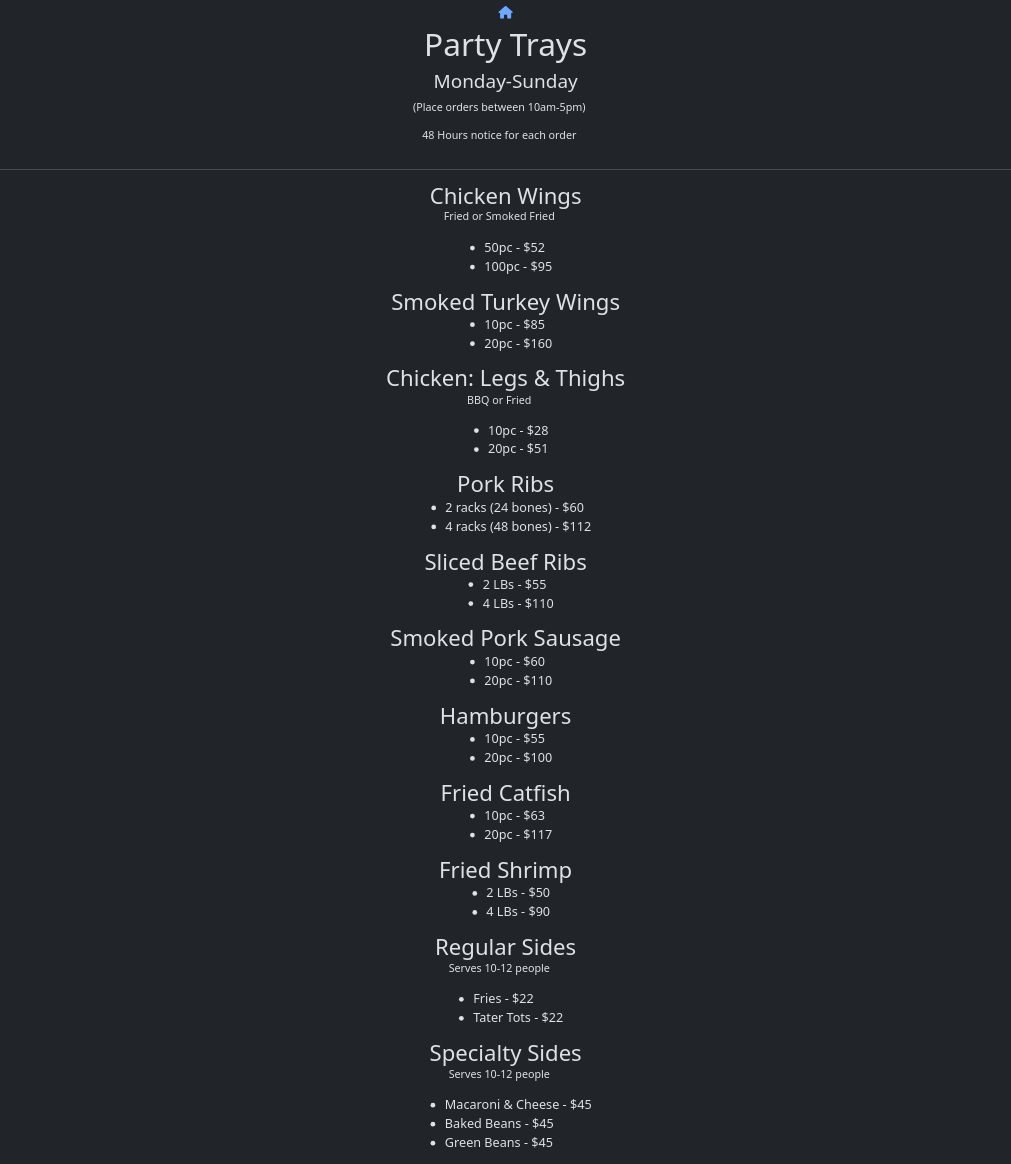
Repository: dukedward/smokehousemenu
Page: trays/index.html
An editor plug-in stored every save of this project. The page is shown before and after the next save, followed by the edit.
The browser window is 1280 px wide. The pictures show the whole page, at 79% of full size.
Some web libraries are served in a nearby version.

Above is the page before, as saved 2023-03-01 13:41:11.

### trays/index.html
<!DOCTYPE html>
<html lang="en" data-bs-theme="dark">
<head>
    <meta charset="UTF-8">
    <meta http-equiv="X-UA-Compatible" content="IE=edge">
    <meta name="viewport" content="width=device-width, initial-scale=1.0">
    <link rel="stylesheet" href="https://cdnjs.cloudflare.com/ajax/libs/font-awesome/6.3.0/css/all.min.css" integrity="sha512-SzlrxWUlpfuzQ+pcUCosxcglQRNAq/DZjVsC0lE40xsADsfeQoEypE+enwcOiGjk/bSuGGKHEyjSoQ1zVisanQ==" crossorigin="anonymous" referrerpolicy="no-referrer" />
    <link href="https://cdn.jsdelivr.net/npm/bootstrap@5.3.0-alpha1/dist/css/bootstrap.min.css" rel="stylesheet" integrity="sha384-GLhlTQ8iRABdZLl6O3oVMWSktQOp6b7In1Zl3/Jr59b6EGGoI1aFkw7cmDA6j6gD" crossorigin="anonymous">
    <link rel="stylesheet" href="../style.css" />
    <link rel="shortcut icon" href="../images/favicon.ico" type="image/x-icon">
    <title>Party Trays</title>
</head>
<body>
    <div class="title">
        <a href="/">
            <i class="fa-solid fa-house mt-2 mb-2"></i>
        </a>
        <h1>Party Trays</h1>
        <h4>Monday-Sunday</h4>
        <p>(Place orders between 10am-5pm)</p>
        <p>48 Hours notice for each order</p>
    </div>
    <hr>
    <div class="sections">
        <div class="sect">
            <h3>Chicken Wings</h3>
            <div class="desc">
                <p>Fried or Smoked Fried</p>
            </div>
            <ul>
                <li>50pc - $52</li>
                <li>100pc - $95</li>
            </ul>
        </div>
        <div class="sect">
            <h3>Smoked Turkey Wings</h3>
            <ul>
                <li>10pc - $85</li>
                <li>20pc - $160</li>
            </ul>
        </div>
        <div class="sect">
            <h3>Chicken: Legs & Thighs</h3>
            <div class="desc">
                <p>BBQ or Fried</p>
            </div>
            <ul>
                <li>10pc - $28</li>
                <li>20pc - $51</li>
            </ul>
        </div>
        <div class="sect">
            <h3>Pork Ribs</h3>
            <ul>
                <li>2 racks (24 bones) - $60</li>
                <li>4 racks (48 bones) - $112</li>
            </ul>
        </div>
        <div class="sect">
            <h3>Sliced Beef Ribs</h3>
            <ul>
                <li>2 LBs - $55</li>
                <li>4 LBs - $110</li>
            </ul>
        </div>
        <div class="sect">
            <h3>Smoked Pork Sausage</h3>
            <ul>
                <li>10pc - $60</li>
                <li>20pc - $110</li>
            </ul>
        </div>
        <div class="sect">
            <h3>Hamburgers</h3>
            <ul>
                <li>10pc - $55</li>
                <li>20pc - $100</li>
            </ul>
        </div>
        <div class="sect">
            <h3>Fried Catfish</h3>
            <ul>
                <li>10pc - $63</li>
                <li>20pc - $117</li>
            </ul>
        </div>
        <div class="sect">
            <h3>Fried Shrimp</h3>
            <ul>
                <li>2 LBs - $50</li>
                <li>4 LBs - $90</li>
            </ul>
        </div>
        <div class="sect">
            <h3>Regular Sides</h3>
            <div class="desc">
                <p>Serves 10-12 people</p>
            </div>
            <ul>
                <li>Fries - $22</li>
                <li>Tater Tots - $22</li>
            </ul>
        </div>
        <div class="sect">
            <h3>Specialty Sides</h3>
            <div class="desc">
                <p>Serves 10-12 people</p>
            </div>
            <ul>
                <li>Macaroni & Cheese - $45</li>
                <li>Baked Beans - $45</li>
                <li>Green Beans - $45</li>
            </ul>
        </div>
    </div>
    <script src="https://cdn.jsdelivr.net/npm/bootstrap@5.3.0-alpha1/dist/js/bootstrap.bundle.min.js" integrity="sha384-w76AqPfDkMBDXo30jS1Sgez6pr3x5MlQ1ZAGC+nuZB+EYdgRZgiwxhTBTkF7CXvN" crossorigin="anonymous"></script>
</body>
</html>

### style.css
.container {
    height: 100vh;
}

.title {
	display: flex;
	flex-direction: column;
	justify-content: center;
	align-items: center;
}

.sections {
	display: grid;
}

.sect, .sub-sect {
	display: flex;
	flex-direction: column;
	justify-content: left;
	align-items: center;
}

.sect h2,h3 {
    margin-bottom: 0;
}

.desc {
    display: flex;
    flex-direction: row;
    justify-content: space-between;
}

.desc,.title p {
    padding-right: 1rem;
    font-size: .85rem;
}

After the next save:
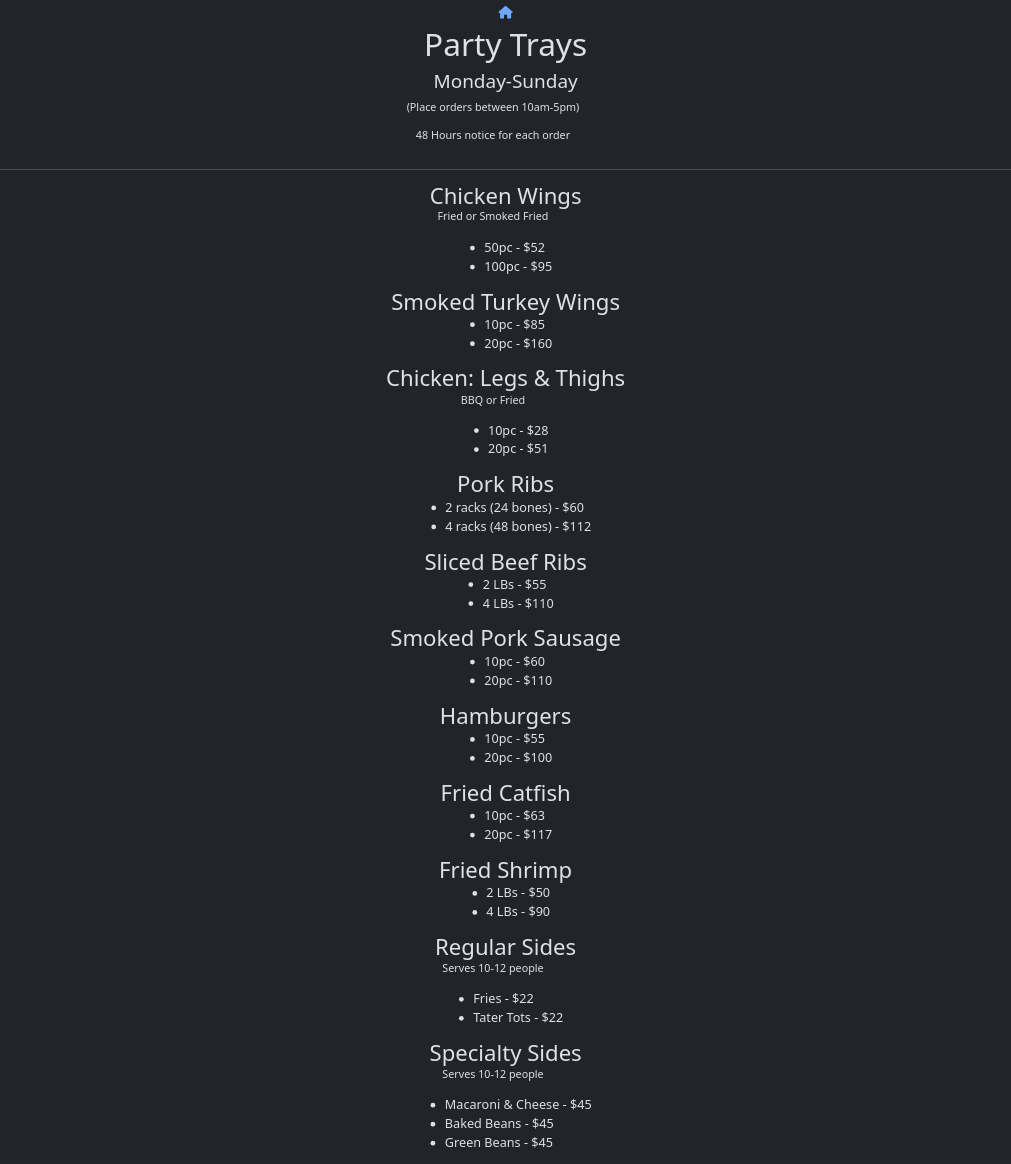
Saved 13 s later.
--- a/style.css
+++ b/style.css
@@ -31,6 +31,6 @@
 }
 
 .desc,.title p {
-    padding-right: 1rem;
+    padding-right: 2rem;
     font-size: .85rem;
 }

After the 2 saves that followed:
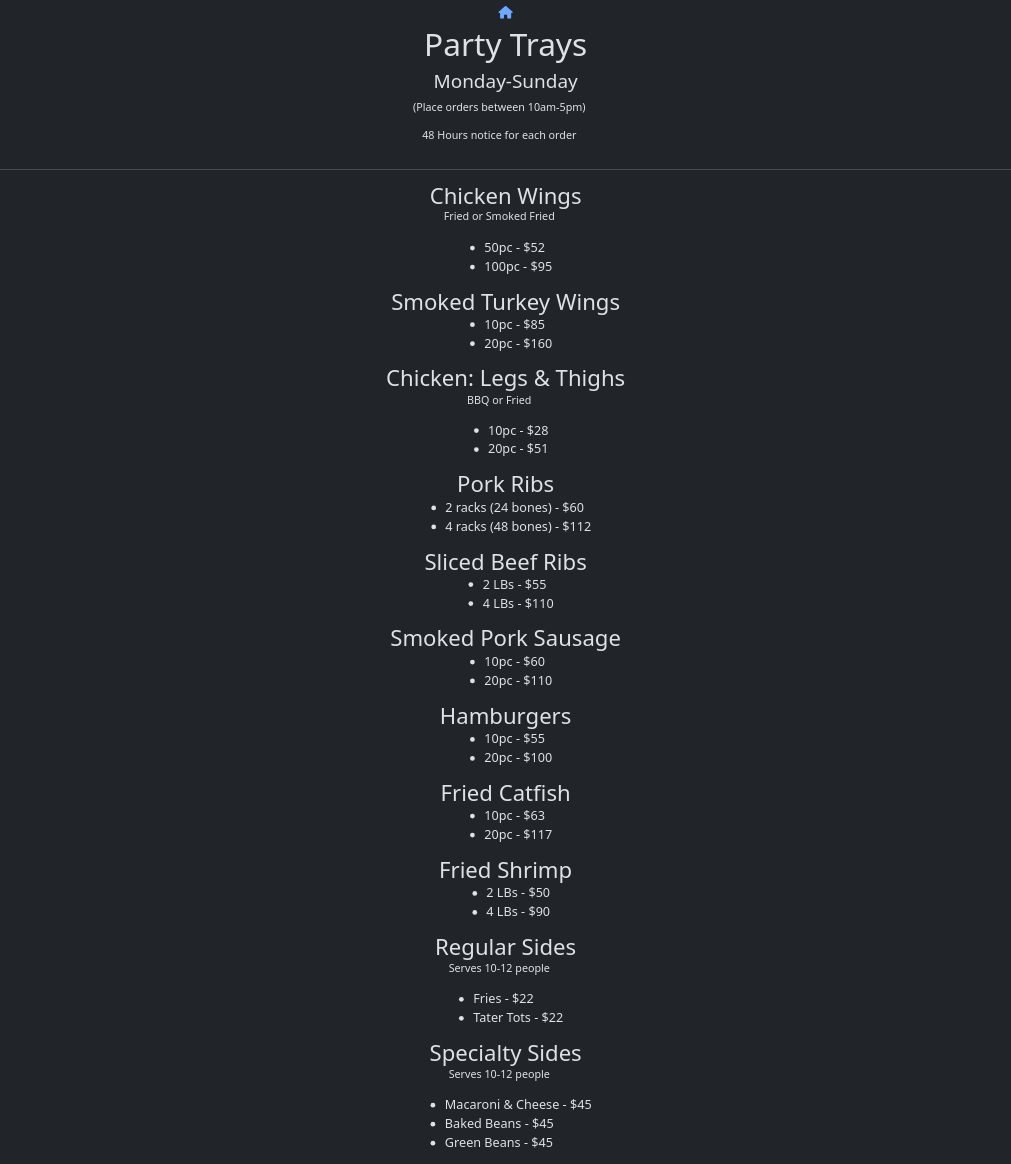
The 2 saves are shown as one change because 1 left the picture as it was.
The last was saved 44 s later.
--- a/style.css
+++ b/style.css
@@ -30,7 +30,7 @@
     justify-content: space-between;
 }
 
-.desc,.title p {
-    padding-right: 2rem;
+.desc p,.title p {
+    padding-right: 1rem;
     font-size: .85rem;
 }
